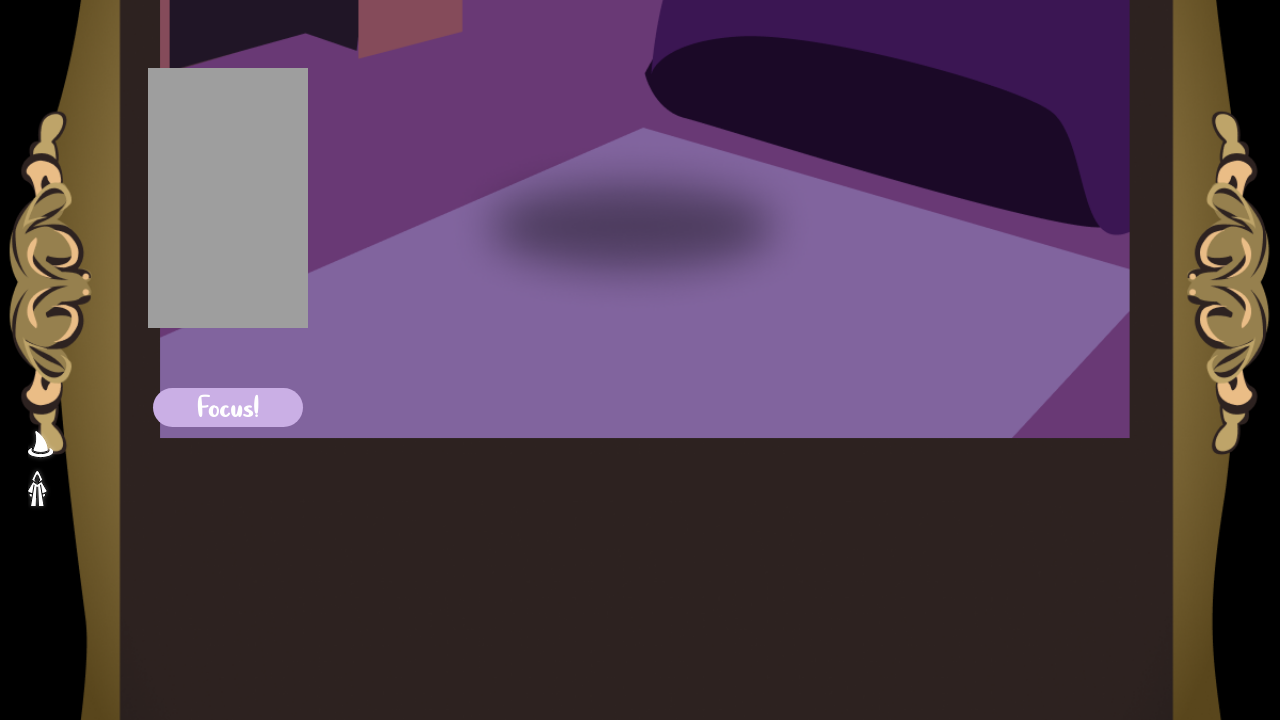
Repository: zhangolivia7/Little-Witch-Alcove
Page: popup.html
An editor plug-in stored every save of this project. The page is shown before and after the next save, followed by the edit.
The browser window is 1280 px wide. The pictures show the whole page.
Pictures or frames that could not be fetched are drawn as grey boxes.

Above is the page before, as saved 2025-11-15 16:41:41.

After the next save:
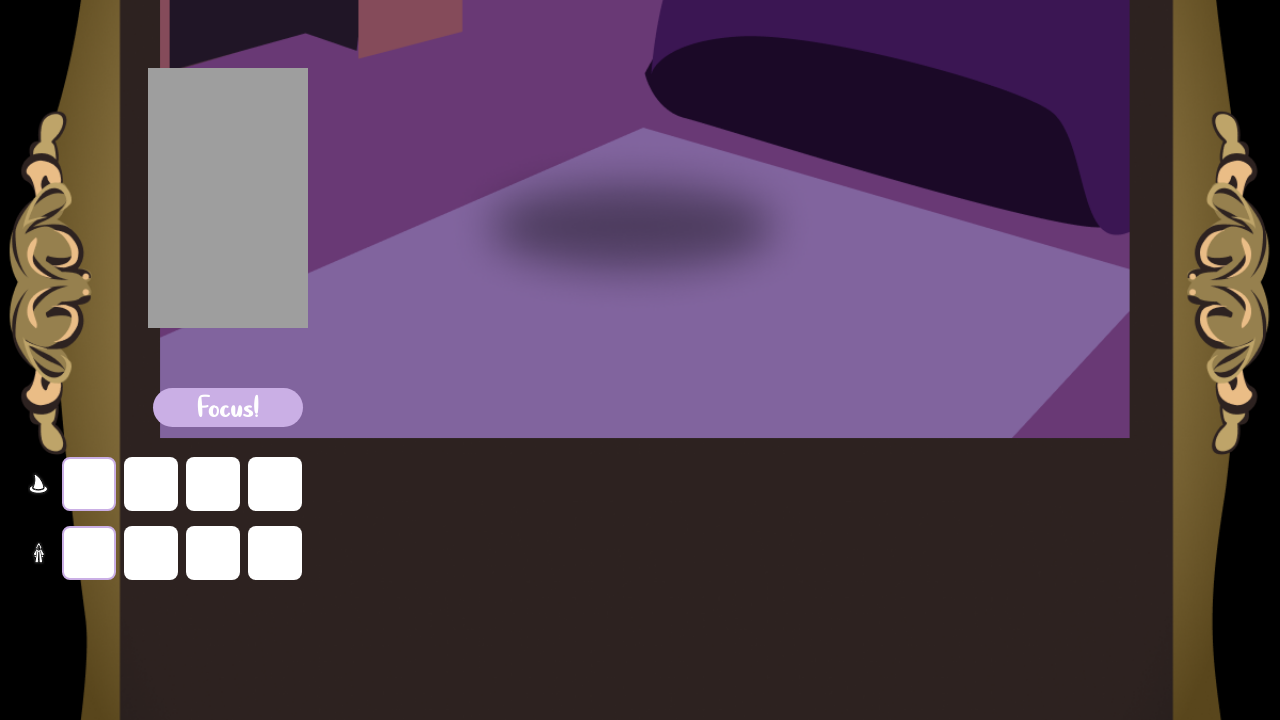
Saved 4 s later.
--- a/popup.css
+++ b/popup.css
@@ -40,3 +40,48 @@ body {
     margin: 40px auto 0 auto;
     display: block;
   }
+
+  #customization {
+    margin-top: 20px;
+    padding: 10px 0;
+  }
+
+  .category-row {
+    display: flex;
+    align-items: center;
+    margin-bottom: 15px;
+    gap: 10px;
+  }
+
+  .category-icon {
+    width: 24px;
+    height: 24px;
+    flex-shrink: 0;
+  }
+
+  .items-scroll {
+    display: flex;
+    gap: 8px;
+    overflow-x: auto;
+    overflow-y: hidden;
+    flex: 1;
+    scrollbar-width: none; /* Firefox */
+    -ms-overflow-style: none; /* IE and Edge */
+  }
+
+  .items-scroll::-webkit-scrollbar {
+    display: none; /* Chrome, Safari, Opera */
+  }
+
+  .item-slot {
+    width: 50px;
+    height: 50px;
+    background: white;
+    border-radius: 8px;
+    flex-shrink: 0;
+    border: 2px solid transparent;
+  }
+
+  .item-slot.selected {
+    border: 2px solid #CAAFE5;
+  }
